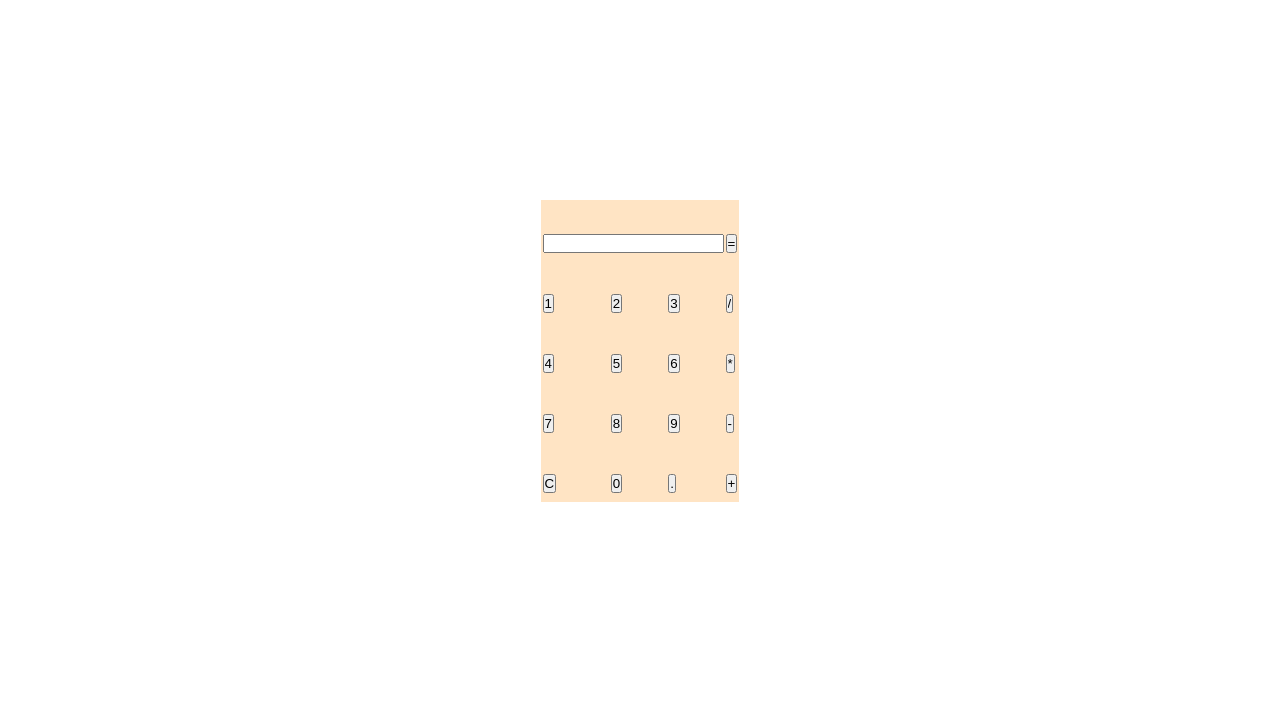
Repository: Seryozha02/CalculatorAndStopwatch
Page: calculator.html
The author's editor kept a copy of each file at every save. The page is drawn from the files as they stood at one save, then again after the next save.
The browser window is 1280 px wide. The pictures show the whole page.

Above is the page before, as saved 2022-10-03 00:22:41.

### calculator.html
<!DOCTYPE html>
<html lang="en">
  <head>
    <meta charset="UTF-8" />
    <meta http-equiv="X-UA-Compatible" content="IE=edge" />
    <meta name="viewport" content="width=device-width, initial-scale=1.0" />
    <link rel="stylesheet" href="calculator.css" />
    <title>Calculator</title>
  </head>
  <body>
    <table id="calculator">
      <tr>
        <td colspan="3"><input class="display-box" type="text" id="result"/></td>
        <td><input type="button" value="=" onclick="calculate()" id="btn"></td>
      </tr>
      <tr>
        <td><input type="button" value="1" onclick="display(('1'))" /></td>
        <td><input type="button" value="2" onclick="display(('2'))" /></td>
        <td><input type="button" value="3" onclick="display(('3'))" /></td>
        <td><input type="button" value="/" onclick="display(('/'))" /></td>
      </tr>
      <tr>
        <td><input type="button" value="4" onclick="display(('4'))"></td>
        <td><input type="button" value="5" onclick="display(('5'))"></td>
        <td><input type="button" value="6" onclick="display(('6'))"></td>
        <td><input type="button" value="*" onclick="display(('*'))"></td>
      </tr>
      <tr>
        <td><input type="button" value="7" onclick="display(('7'))"></td>
        <td><input type="button" value="8" onclick="display(('8'))"></td>
        <td><input type="button" value="9" onclick="display(('9'))"></td>
        <td><input type="button" value="-" onclick="display(('-'))"></td>
      </tr>
      <tr>
      <td><input type="button" value="C" onclick="cleareScreen()" id="btn"></td>
      <td><input type="button" value="0" onclick="display(('0'))"></td>
      <td><input type="button" value="." onclick="display(('.'))"></td>
      <td><input type="button" value="+" onclick="display(('+'))"></td>
    </tr>
    </table>
  </body>
  <script src="calculator.js"></script>
</html>

### calculator.css
* {
    margin: 0;
    padding: 0;
    text-decoration: none;
    box-sizing: border-box;
}

#calculator {
    background-color: bisque;
    margin: 0 auto;
    margin-top: 200px;
    padding: 0 0px;
    font-size: 50px;
}

Loaded but not shown: calculator.js (no copy from this time; the picture is the same without it)

After the next save:
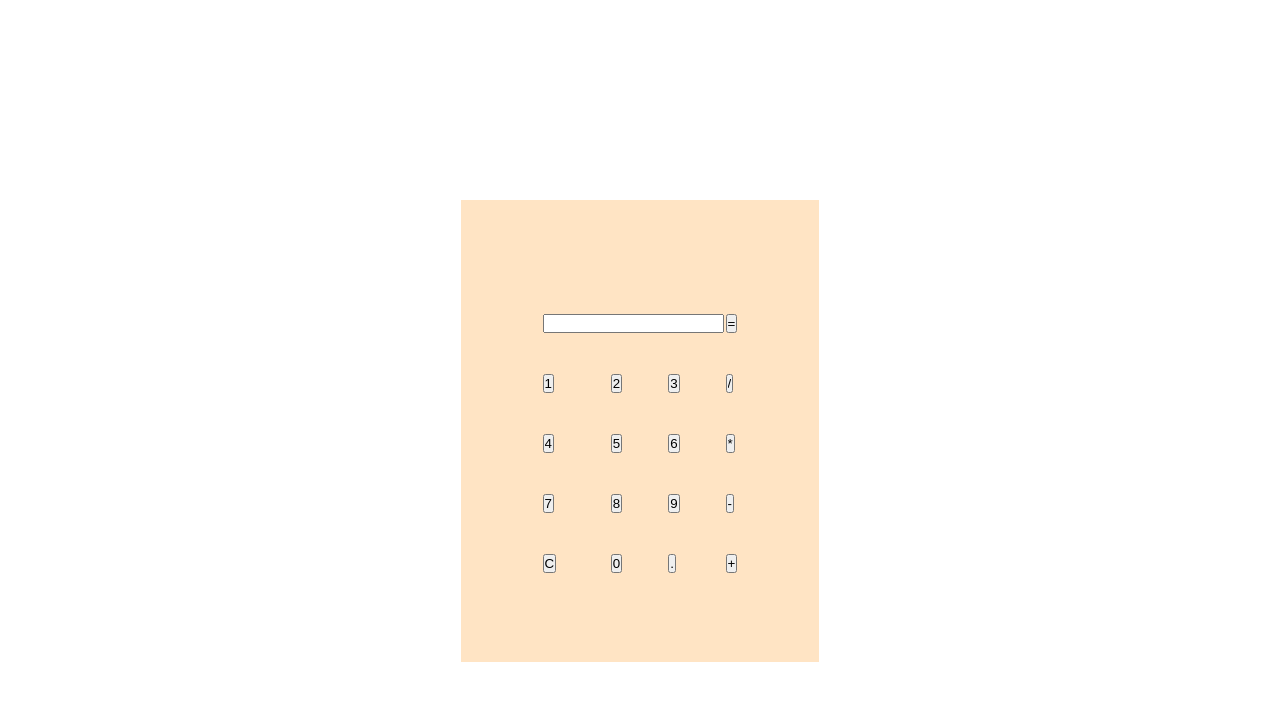
Saved 4 s later.
--- a/calculator.css
+++ b/calculator.css
@@ -9,6 +9,6 @@
     background-color: bisque;
     margin: 0 auto;
     margin-top: 200px;
-    padding: 0 0px;
+    padding: 080px;
     font-size: 50px;
 }
